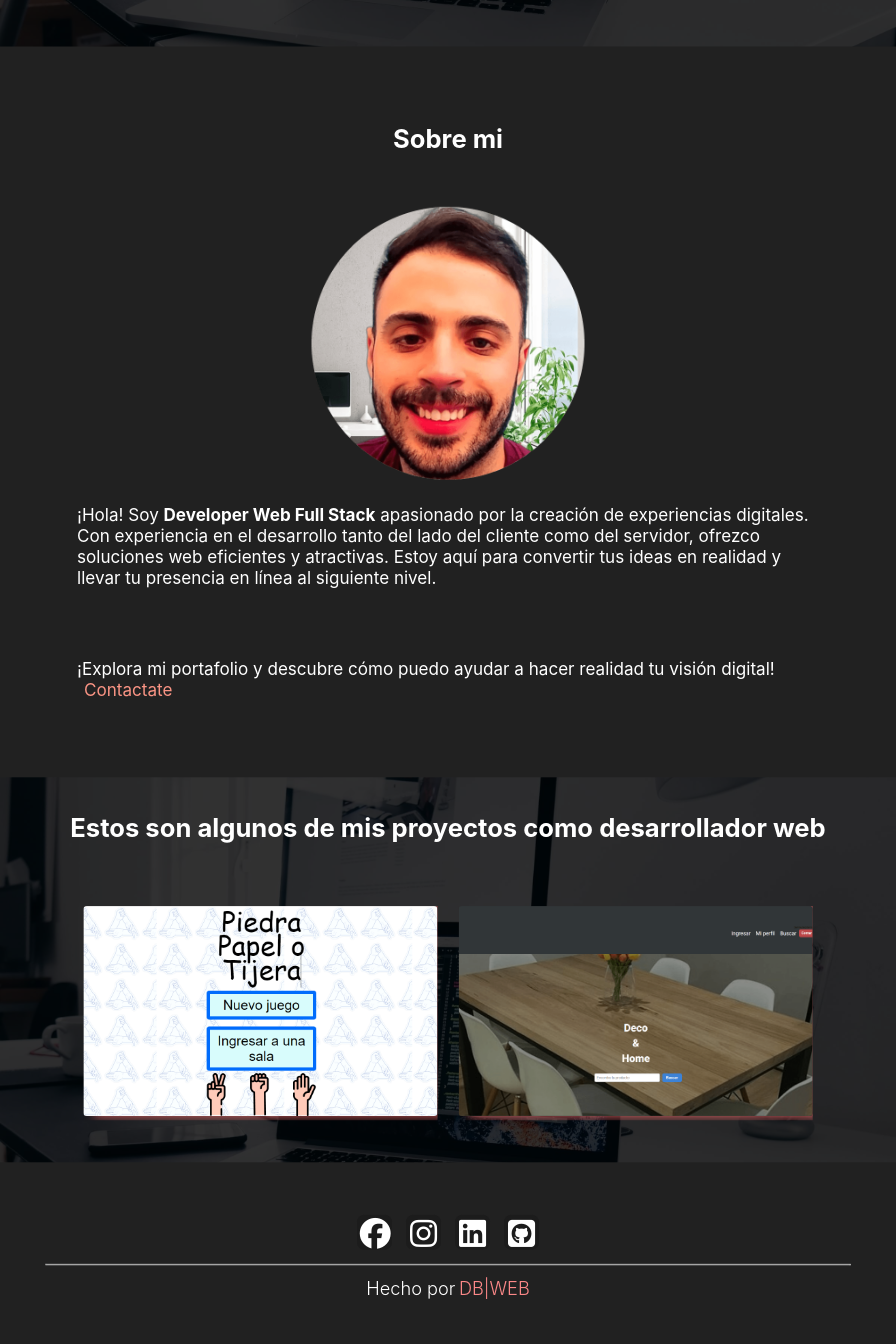
Repository: DamianBermudez94/DB-Porfolio
Page: /
The author's editor kept a copy of each file at every save. The page is drawn from the files as they stood at one save, then again after the next save.
The browser window is 1280 px wide. The pictures show the part of the page from y = 678 to 2598 px (the page is 2598 px tall), at 70% of full size.
Backgrounds fixed to the window are drawn as part of the page. Some web libraries are served in a nearby version. The project was rebuilt for these pictures with package versions that can differ from the ones it lists, and the page was loaded fresh each time. Also part of the build but not shown: vite.config.js, src/components/Servicios/styles.css, src/components/Servicios/Service.jsx, src/pages/Servicios.jsx, src/components/Conocimientos/Conocimientos.jsx, src/pages/AcerdaDe.jsx, src/components/Contacto/Contact.jsx, src/pages/contacto.jsx and 2 more.

Above is the page before, as saved 2024-03-11 19:01:05.

After the next save:
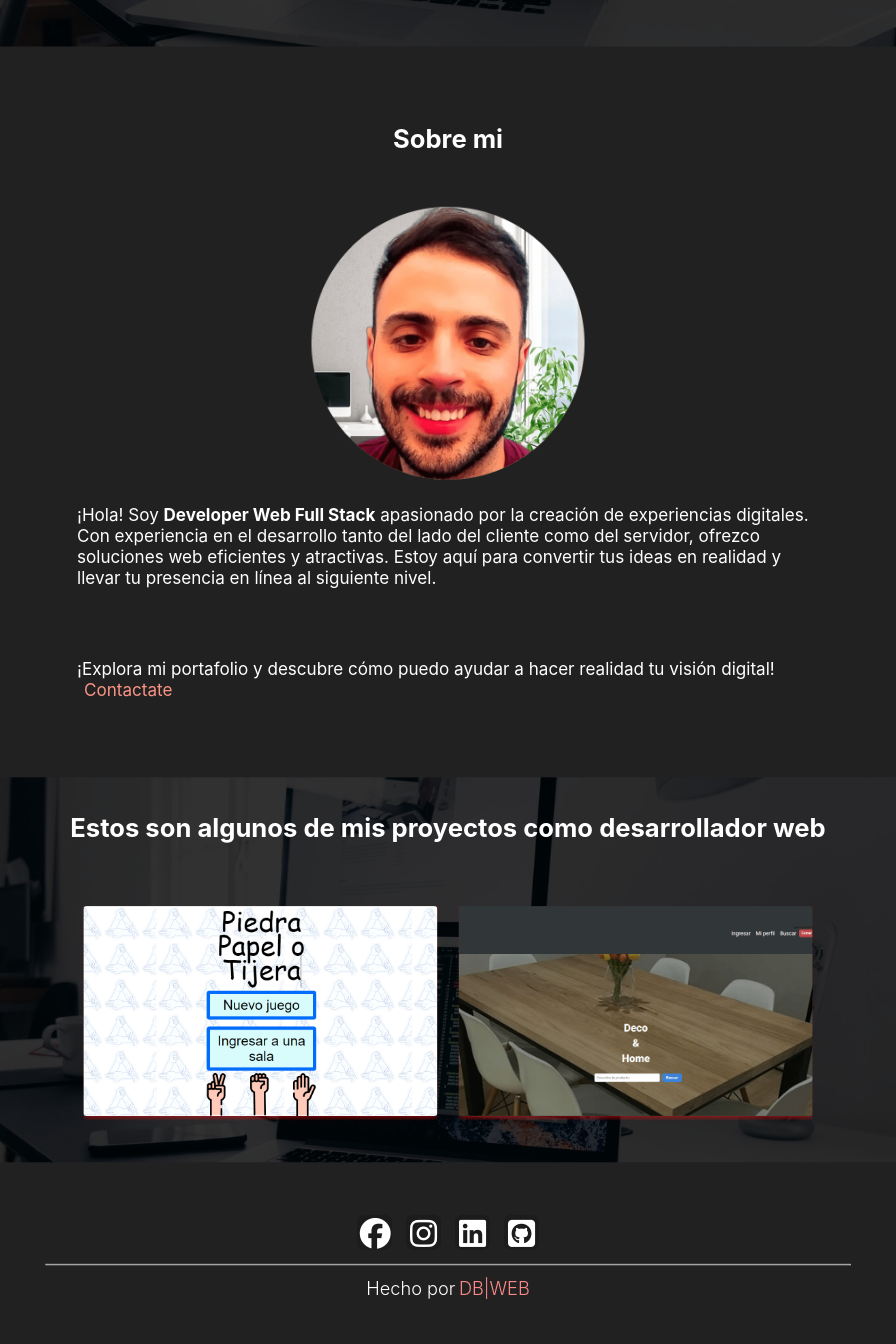
Saved 59 s later.
--- a/src/components/Proyectos/styles.css
+++ b/src/components/Proyectos/styles.css
@@ -28,7 +28,7 @@
   width: 100%;
   height: 300px;
   overflow: hidden;
-  box-shadow: 15px 0px 15px 0px #e76464;
+  box-shadow: 0 0 10px rgba(247, 10, 10, 0.9);
   cursor: pointer;
 }
 
